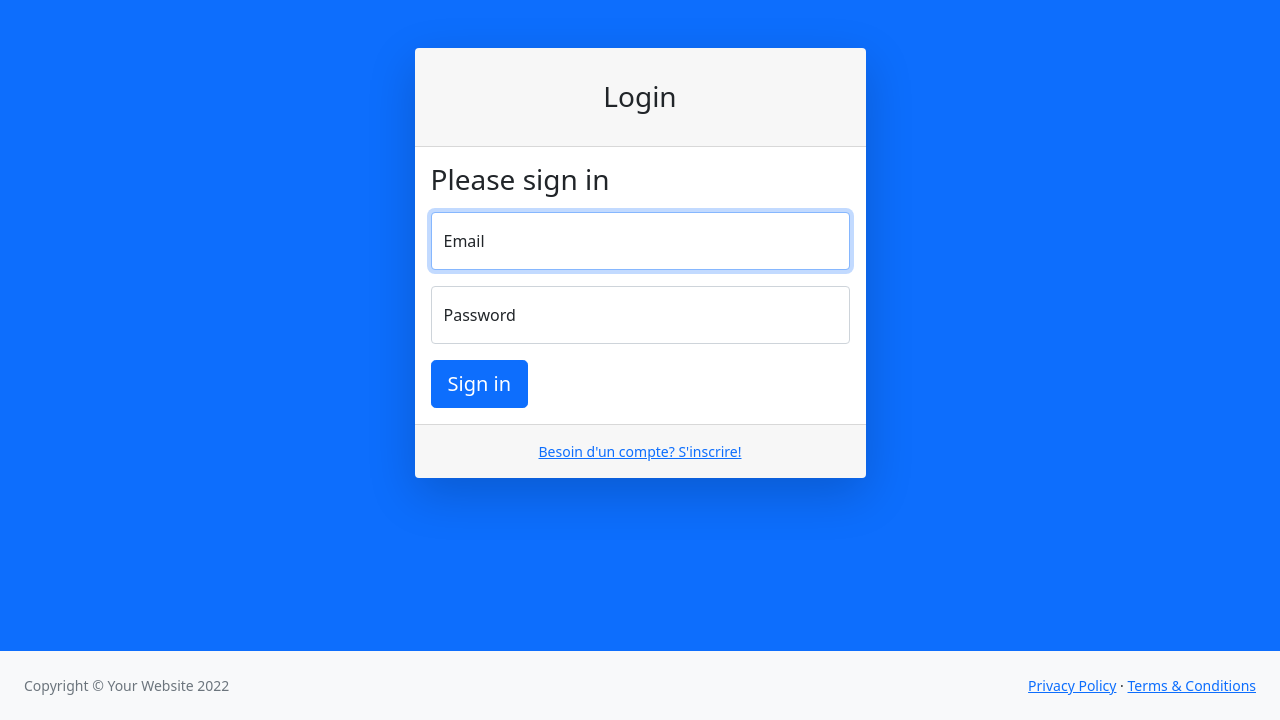
Repository: freddy1212/adulams
Page: templates/login.html.twig
The author's editor kept a copy of each file at every save. The page is drawn from the files as they stood at one save, then again after the next save.
The browser window is 1280 px wide. The pictures show the whole page.
Some web libraries are served in a nearby version. The page is a Twig template of a Symfony application; nobody is signed in and links lead nowhere. The template is opened directly, without the code that normally fills it, so the values that code supplies are empty.

Above is the page before, as saved 2022-08-29 18:03:18.

After the next save:
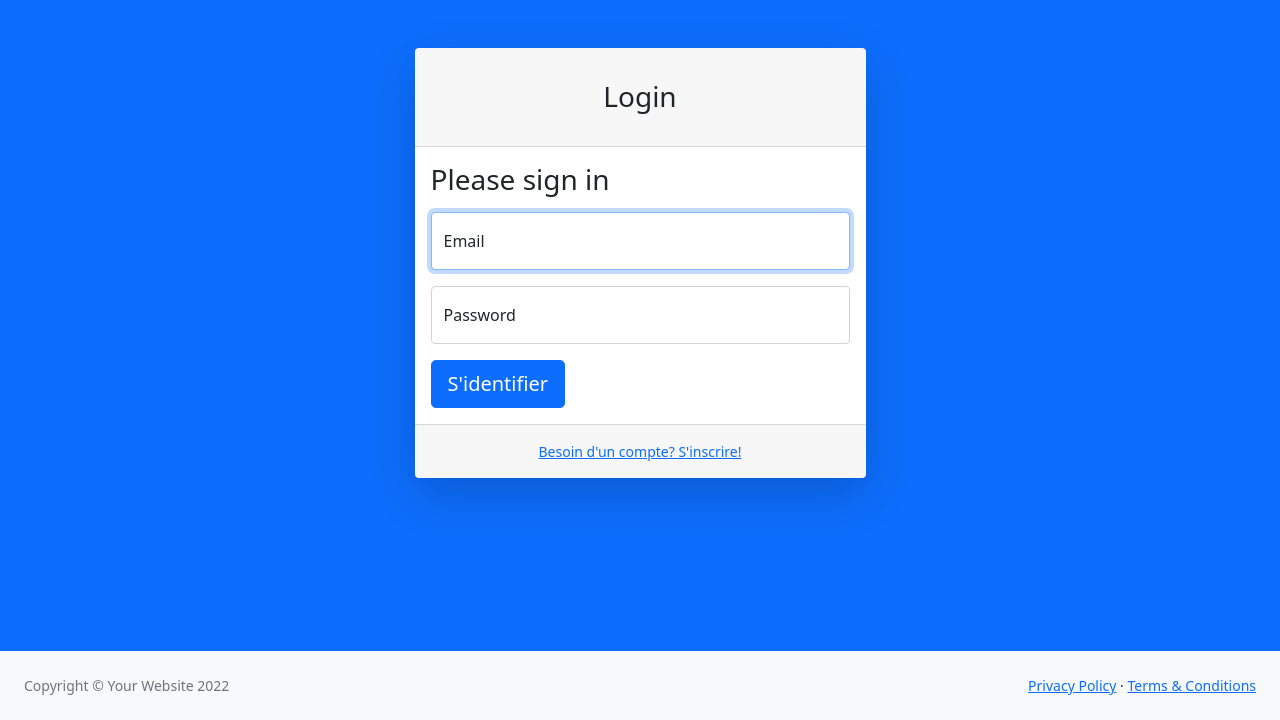
Saved 22 s later.
--- a/templates/login.html.twig
+++ b/templates/login.html.twig
@@ -63,7 +63,7 @@
                                                 #}
 
                                                 <button class="btn btn-lg btn-primary" type="submit">
-                                                    Sign in
+                                                    S'identifier
                                                 </button>
                                             </form>
                                         {% endblock %}
